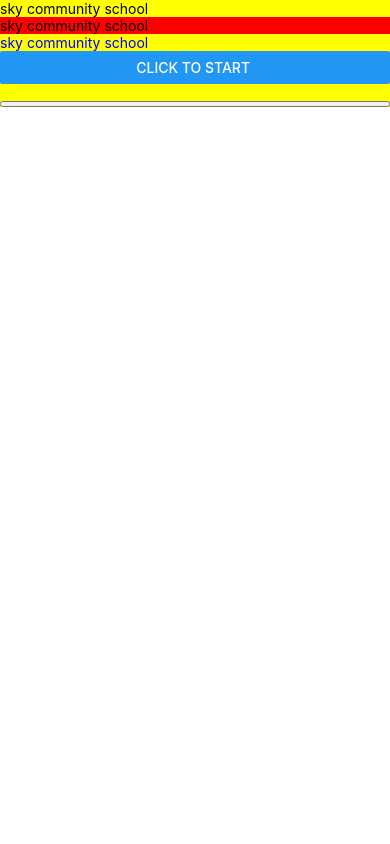
Repository: 2000-Nanayaw/MobileApp
Screen: /
These files come from the project's save history. The screen is drawn as it stood at one moment and after the next save; the edit follows.
The app was drawn by React Native's web renderer in a window 390 px wide. The project was rebuilt for these pictures with package versions that can differ from the ones it lists, and the page was loaded fresh each time.

Above is the screen before, as saved 2023-08-24 02:20:40.

After the next save:
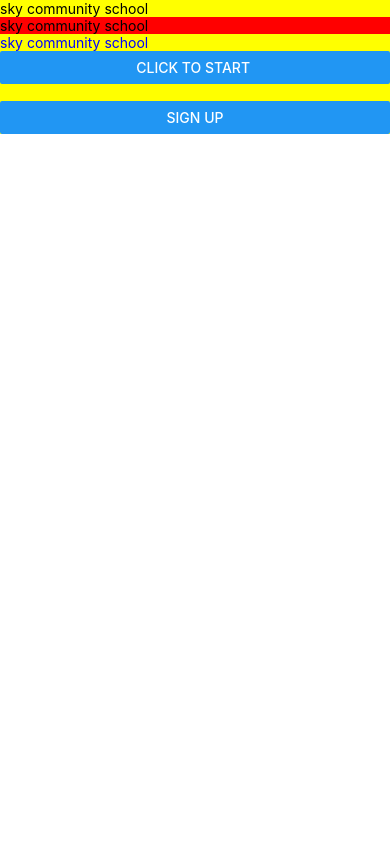
Saved 16 s later.
--- a/App.js
+++ b/App.js
@@ -10,7 +10,7 @@ import { Button, StyleSheet, Text, TextInput, View, YellowBox } from 'react-nati
       <Text style={styles.jsarText}>sky community school</Text>
       <Button title='click to start '/>
       <TextInput />
-      <button title='sign up'/>
+      <Button title='sign up'/>
       </View>
       <StatusBar style="auto" />
     </View>
